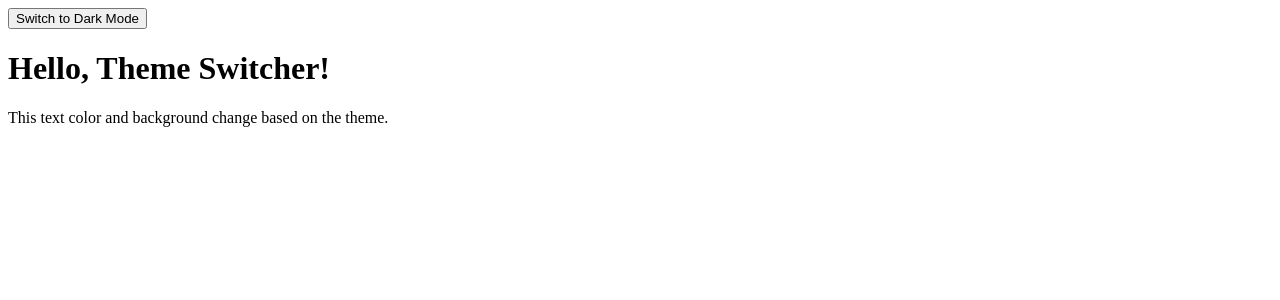
Repository: yoosuf/design-system
Page: /
An editor plug-in stored every save of this project. The page is shown before and after a run of saves, followed by the edit.
The browser window is 1280 px wide. The pictures show the whole page.
The project was rebuilt for these pictures with package versions that can differ from the ones it lists, and the page was loaded fresh each time. Also part of the build but not shown: vite.config.ts.

Above is the page before, as saved 2025-02-09 21:59:07.

### src/main.tsx
import { StrictMode } from 'react'
import { createRoot } from 'react-dom/client'
import './assets/styles/index.scss';
import App from './App.tsx'

createRoot(document.getElementById('root')!).render(
  <StrictMode>
    <App />
  </StrictMode>,
)

### src/assets/styles/index.scss
// @use "primitives/colors";
// @use "primitives/elevation";
// @use "primitives/grid";
// @use "primitives/spacing";
// @use "primitives/typography";

@use "semantics/colors";
@use "semantics/elevation";
@use "semantics/grid";
@use "semantics/spacing";
@use "semantics/typography";

### src/App.tsx
import React, { useState } from "react";
import SampleComponent from "./components/SampleComponent";
import ThemeToggle from "./components/ThemeToggle";

const App: React.FC = () => {
  // Get initial theme from localStorage or default to light
  const [theme, setTheme] = useState(localStorage.getItem("theme") || "light");

  const toggleTheme = () => {
    const newTheme = theme === "light" ? "dark" : "light";
    setTheme(newTheme);
    localStorage.setItem("theme", newTheme);
    document.documentElement.setAttribute("data-theme", newTheme);
  };

  return (
    <div className="app-container">
      <ThemeToggle toggleTheme={toggleTheme} currentTheme={theme} />
      <SampleComponent />
    </div>
  );
};

export default App;

### src/assets/styles/variables.scss
:root {
  --color-primary: #6200ee;
  --color-secondary: #03dac6;
  --color-background: #ffffff;
  --color-text: #212121;
  --color-border: #e0e0e0;
}

[data-theme="dark"] {
  --color-primary: #bb86fc;
  --color-secondary: #03dac6;
  --color-background: #121212;
  --color-text: #ffffff;
  --color-border: #333333;
}

### src/assets/styles/semantics/colors.scss
@use "../primitives/colors" as colors;

$semantic-primary: colors.$color-primary;
$semantic-secondary: colors.$color-secondary;
$semantic-background: colors.$color-background;
$semantic-text: colors.$color-text;
$semantic-border: colors.$color-border;

### src/assets/styles/primitives/colors.scss
@use "../variables.scss" as *;

$color-primary: var(--color-primary);
$color-secondary: var(--color-secondary);
$color-background: var(--color-background);
$color-text: var(--color-text);
$color-border: var(--color-border);

### src/assets/styles/semantics/elevation.scss
@use "../primitives/elevation.scss" as elevation;

$semantic-shadow-light: elevation.$shadow-small;
$semantic-shadow-medium: elevation.$shadow-medium;
$semantic-shadow-heavy: elevation.$shadow-large;

### src/assets/styles/primitives/elevation.scss
@use "../variables.scss" as *;

$shadow-small: var(--shadow-small);
$shadow-medium: var(--shadow-medium);
$shadow-large: var(--shadow-large);

### src/assets/styles/semantics/grid.scss
@use "../primitives/grid.scss" as grid;

$semantic-grid-columns: grid.$grid-columns;
$semantic-grid-gap: grid.$grid-gap;

### src/assets/styles/primitives/grid.scss
@use "../variables.scss" as *;

$grid-columns: var(--grid-columns);
$grid-gap: var(--grid-gap);

### src/assets/styles/semantics/spacing.scss
@use "../primitives/spacing.scss" as spacing;

$semantic-spacing-xs: spacing.$spacing-small;
$semantic-spacing-sm: spacing.$spacing-medium;
$semantic-spacing-md: spacing.$spacing-large;

### src/assets/styles/primitives/spacing.scss
@use "../variables.scss" as *;

$spacing-small: var(--spacing-small);
$spacing-medium: var(--spacing-medium);
$spacing-large: var(--spacing-large);

### src/assets/styles/semantics/typography.scss
@use "../primitives/typography.scss" as typography;

$semantic-font-body: typography.$font-size-md;
$semantic-font-title: typography.$font-size-lg;

### src/assets/styles/primitives/typography.scss
@use "../variables.scss" as *;

$font-size-sm: var(--font-size-sm);
$font-size-md: var(--font-size-md);
$font-size-lg: var(--font-size-lg);

### src/components/SampleComponent.tsx
import React from "react";
import "../assets/styles/index.scss";

const SampleComponent: React.FC = () => {
  return (
    <div className="sample-component">
      <h1>Hello, Theme Switcher!</h1>
      <p>This text color and background change based on the theme.</p>
    </div>
  );
};

export default SampleComponent;

### src/components/ThemeToggle.tsx
import React from "react";

interface ThemeToggleProps {
  toggleTheme: () => void;
  currentTheme: string;
}

const ThemeToggle: React.FC<ThemeToggleProps> = ({ toggleTheme, currentTheme }) => {
  return (
    <button className="theme-toggle" onClick={toggleTheme}>
      Switch to {currentTheme === "light" ? "Dark" : "Light"} Mode
    </button>
  );
};

export default ThemeToggle;

### src/assets/styles/main.scss
@use "index";

// Example usage
body {
  background-color: semantics.$semantic-background;
  color: semantics.$semantic-text;
  font-size: semantics.$semantic-font-body;
}

.card {
  box-shadow: semantics.$semantic-shadow-medium;
  padding: semantics.$semantic-spacing-sm;
}

Loaded but not shown: index.html (common file)

After the next 4 saves:
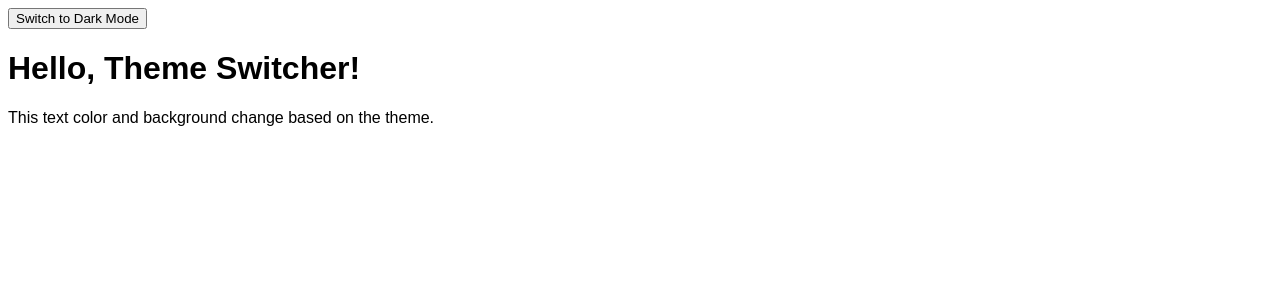
The 4 saves are shown as one change because 3 did not build or start.
The last was saved 90 s later.
--- a/src/main.tsx
+++ b/src/main.tsx
@@ -1,6 +1,6 @@
 import { StrictMode } from 'react'
 import { createRoot } from 'react-dom/client'
-import './assets/styles/index.scss';
+import './assets/styles/main.scss';
 import App from './App.tsx'
 
 createRoot(document.getElementById('root')!).render(
--- a/src/assets/styles/index.scss
+++ b/src/assets/styles/index.scss
@@ -9,3 +9,10 @@
 @use "semantics/grid";
 @use "semantics/spacing";
 @use "semantics/typography";
+
+
+body {
+    background-color: var(--bg-color);
+    color: var(--text-color);
+    font-family: Arial, sans-serif;
+  }
--- a/src/assets/styles/main.scss
+++ b/src/assets/styles/main.scss
@@ -1,13 +1,13 @@
 @use "index";
 
 // Example usage
-body {
-  background-color: semantics.$semantic-background;
-  color: semantics.$semantic-text;
-  font-size: semantics.$semantic-font-body;
-}
+// body {
+//   background-color: semantics.$semantic-background;
+//   color: semantics.$semantic-text;
+//   font-size: semantics.$semantic-font-body;
+// }
 
-.card {
-  box-shadow: semantics.$semantic-shadow-medium;
-  padding: semantics.$semantic-spacing-sm;
-}
+// .card {
+//   box-shadow: semantics.$semantic-shadow-medium;
+//   padding: semantics.$semantic-spacing-sm;
+// }
